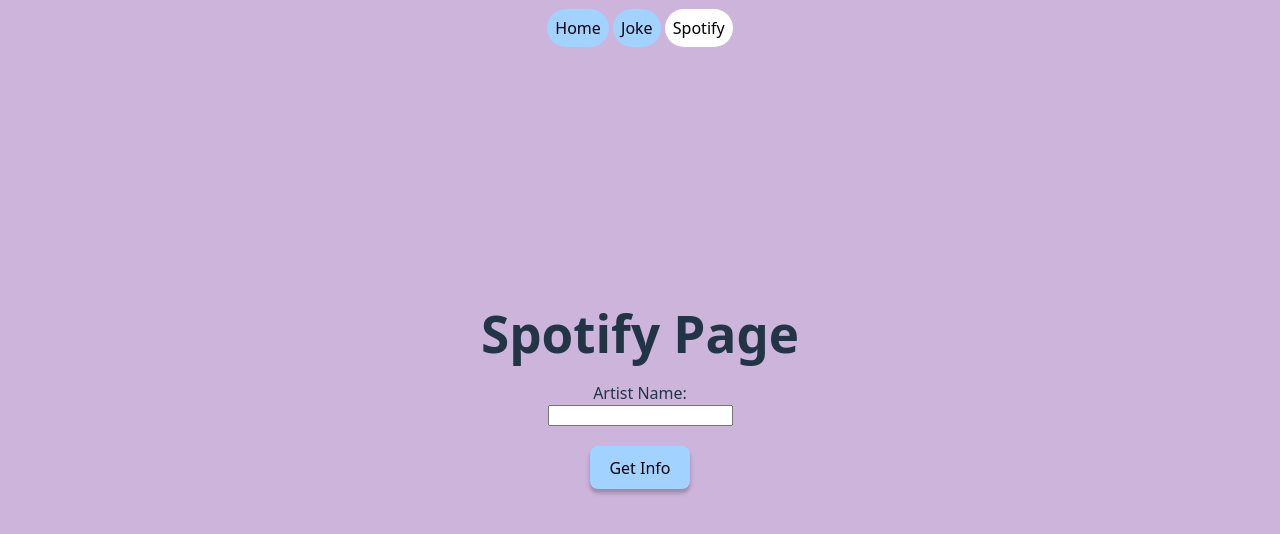
Repository: rosieomusic/spotify-react
Page: /spotify
The author's editor kept a copy of each file at every save. The page is drawn from the files as they stood at one save, then again after the next save.
The browser window is 1280 px wide. The pictures show the whole page.
The page's requests for data from a server got no answer. The project was rebuilt for these pictures with package versions that can differ from the ones it lists, and the page was loaded fresh each time. No one was signed in, and anything a server would have sent is missing. Settings that the repository does not hold, such as keys and server addresses, were given made-up values. Also part of the build but not shown: vite.config.js, src/pages/HomePage.jsx, src/components/AlbumComponent.jsx, src/services/JokeService.js, src/pages/JokePage.jsx.

Above is the page before, as saved 2025-05-09 19:40:37.

After the next save:
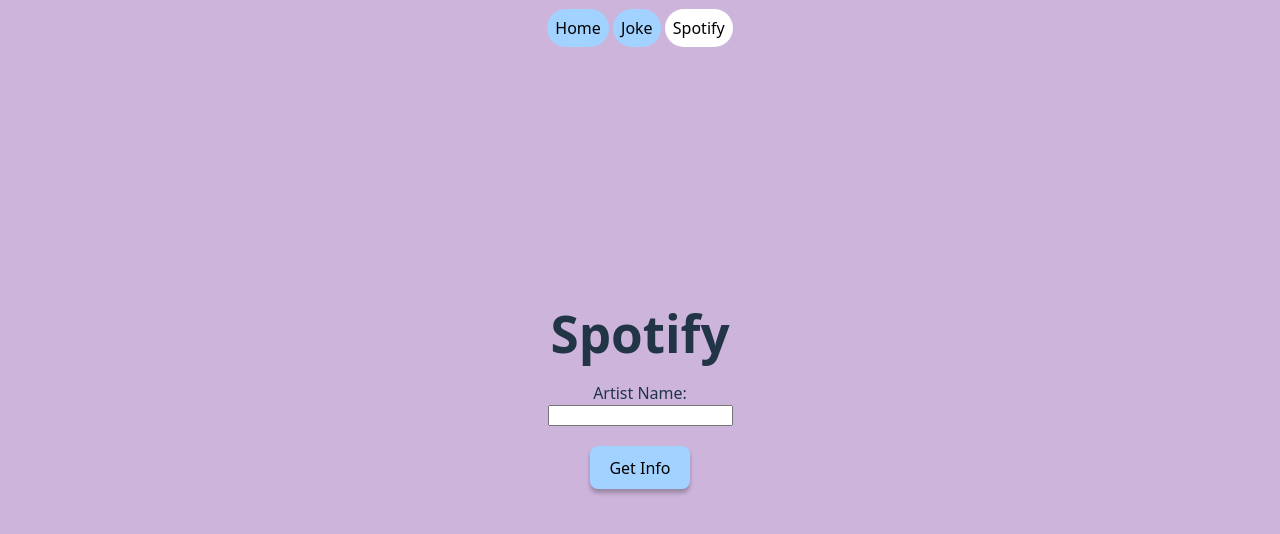
Saved 95 s later.
--- a/src/pages/SpotifyPage.jsx
+++ b/src/pages/SpotifyPage.jsx
@@ -36,7 +36,7 @@ export default function SpotifyPage() {
 	}, []);
 	return (
 		<>
-			<h1>Spotify Page</h1>
+			<h1>Spotify</h1>
 			<label htmlFor='artistName'>Artist Name:</label>
 			<input
 				type='text'
